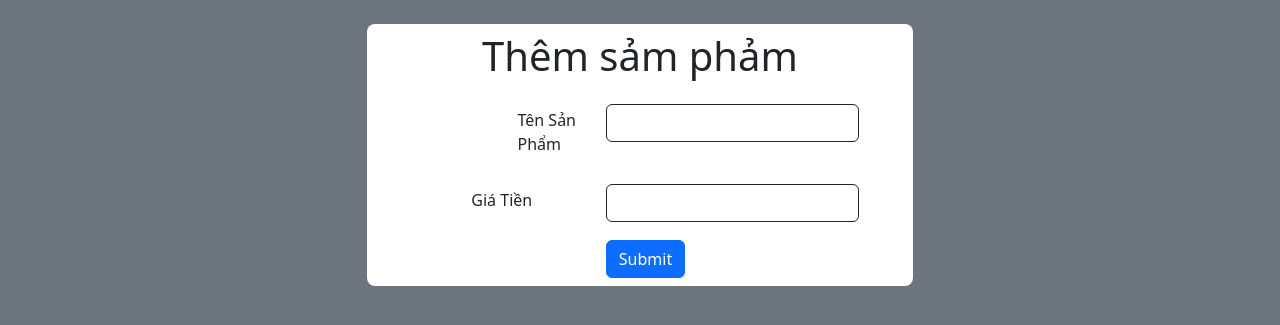
Repository: HT-35/iuh
Page: thi GK/index.html
The author's editor kept a copy of each file at every save. The page is drawn from the files as they stood at one save, then again after a run of saves.
The browser window is 1280 px wide. The pictures show the whole page.

Above is the page before, as saved 2024-03-25 11:51:19.
Console error: TypeError: Cannot read properties of null (reading 'addEventListener')

### thi GK/index.html
<!DOCTYPE html>
<html lang="en">

<head>
  <meta charset="UTF-8">
  <meta name="viewport" content="width=device-width, initial-scale=1.0">
  <title>Call API from Form Input</title>
  <link href="https://cdn.jsdelivr.net/npm/bootstrap@5.3.3/dist/css/bootstrap.min.css" rel="stylesheet">
</head>

<body class="container bg-secondary">

  <div class="row">

    <div class="col-sm-3 col-md-3 col-lg-3"></div>

    <div class="col-sm-6 col-md-6 col-lg-6">
      <div class="  bg-white rounded-3 p-2 w-100 mt-4">
        <div class="row">

          <div class="title col-sm-12 col-md-12 col-lg-12">
            <h1 class="text-center">Thêm sảm phảm</h1>
          </div>
        </div>

        <form action="#" class="">
          <div class="mb-3 mt-3 row">
            <div class="col-0 col-sm-2 col-md-2 col-lg-3  ">

            </div>
            <div class="col-6 col-sm-4 col-md-4 col-lg-2  ">
              <label for="email" class="form-label p-1">Tên Sản Phẩm</label>
            </div>
            <div class="col-6 col-sm-6 col-md-6 col-lg-6"><input type="email" class="form-control border border-dark"
                id="email" placeholder="" name="email"></div>
          </div>



          <div class="mb-3 mt-3 row">
            <div class="col-0 col-sm-2 col-md-2 col-lg-2  ">

            </div>
            <div class="col-6 col-sm-4 col-md-4 col-lg-3  ">
              <label for="email" class="form-label p-1">Giá Tiền</label>
            </div>
            <div class="col-6 col-sm-6 col-md-6 col-lg-6"><input type="email" class="form-control border border-dark"
                id="email" placeholder="" name="email"></div>
          </div>

          <div class="row">
            <div class=" col-4 col-sm-5 col-md-5 col-lg-5 "></div>
            <div class=" col-6 col-sm-3 col-md-3 col-lg-3 "><button type="submit"
                class="btn  btn-primary">Submit</button>
            </div>
            <div class=" col-6 col-sm-4 col-md-4 col-lg-4 "></div>

          </div>
        </form>
        <div id="result"></div>
      </div>

    </div>


    <div class="col-sm-3 col-md-3 col-lg-3"></div>
  </div>



  <script src="https://cdn.jsdelivr.net/npm/bootstrap@5.3.3/dist/js/bootstrap.bundle.min.js"></script>
  <script src="script.js"></script>
</body>

</html>

### thi GK/script.js
document.addEventListener("DOMContentLoaded", function () {
  document
    .getElementById("apiForm")
    .addEventListener("submit", function (event) {
      event.preventDefault(); // Ngăn chặn sự kiện mặc định của form

      var inputData = document.getElementById("inputData").value; // Lấy dữ liệu từ input

      // Gửi yêu cầu fetch đến API
      fetch("URL_API_CỦA_BẠN", {
        method: "POST",
        headers: {
          "Content-Type": "application/json",
        },
        body: JSON.stringify({ data: inputData }),
      })
        .then((response) => {
          if (!response.ok) {
            throw new Error("Network response was not ok");
          }
          return response.json();
        })
        .then((data) => {
          // Xử lý dữ liệu trả về từ API
          document.getElementById("result").innerText =
            "API Response: " + JSON.stringify(data);
        })
        .catch((error) => {
          // Xử lý lỗi
          console.error("Error:", error);
          document.getElementById("result").innerText =
            "Error: " + error.message;
        });
    });
});

After the next 2 saves:
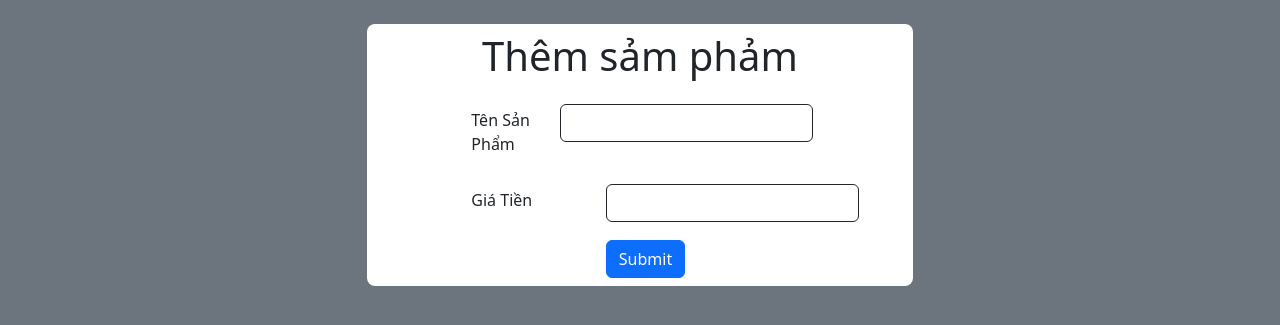
The 2 saves are shown as one change because they came seconds apart.
The last was saved 11 s later.
--- a/thi GK/index.html
+++ b/thi GK/index.html
@@ -25,7 +25,7 @@
 
         <form action="#" class="">
           <div class="mb-3 mt-3 row">
-            <div class="col-0 col-sm-2 col-md-2 col-lg-3  ">
+            <div class="col-0 col-sm-2 col-md-2 col-lg-2  ">
 
             </div>
             <div class="col-6 col-sm-4 col-md-4 col-lg-2  ">
